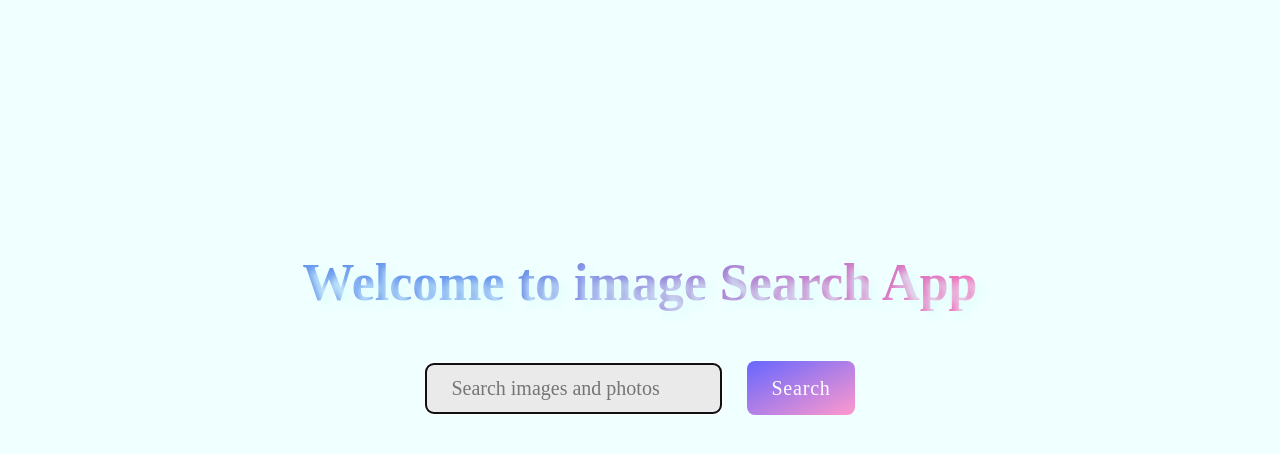
Repository: PoppyHanna/goit-neo-react-hw-module4
Page: /
The author's editor kept a copy of each file at every save. The page is drawn from the files as they stood at one save, then again after the next save.
The browser window is 1280 px wide. The pictures show the whole page.
The project was rebuilt for these pictures with package versions that can differ from the ones it lists, and the page was loaded fresh each time. Also part of the build but not shown: vite.config.js, src/components/card/ImageCard.module.css, src/components/card/ImageCard.jsx, src/components/modal/ImageModal.module.css, src/components/load/LoadMoreBtn.module.css, src/components/load/LoadMoreBtn.jsx.

Above is the page before, as saved 2026-06-21 15:53:48.

### index.html
<!doctype html>
<html lang="en">
  <head>
    <meta charset="UTF-8" />
    <link rel="icon" type="image/svg+xml" href="/favicon.svg" />
    <meta name="viewport" content="width=device-width, initial-scale=1.0" />
    <title>goit-neo-react-hw-module4</title>
  </head>
  <body>
    <div id="root"></div>
    <script type="module" src="/src/main.jsx"></script>
  </body>
</html>

### src/App.jsx


import { useState, useEffect } from 'react';
import axios from 'axios';
import SearchBar from './components/search/SearchBar';
import Loader from './components/loader/Loader';
import ImageCard from './components/card/ImageCard';
import ImageModal from './components/modal/ImageModal';
import LoadMoreBtn from './components/load/LoadMoreBtn';
import Modal from 'react-modal';
import './App.css';

Modal.setAppElement('#root');

const API_KEY = 'lBe-mUB60Xxla_EdiZjir6wfr6grDw0FERa4_66iNwI';

export default function App() {
  const [images, setImages] = useState([]);
  const [loading, setLoading] = useState(false); // Початкове значення false
  const [error, setError] = useState('');
  const [page, setPage] = useState(1);
  const [query, setQuery] = useState('');
  const [selectedImage, setSelectedImage] = useState(null);
  const [showBtn, setShowBtn] = useState(false); // Додали стан для відображення кнопки "Load more"

  useEffect(() => {
    if (!query) return; // Перевірка, чи є значення в query

    const fetchImages = async () => {
      setLoading(true); // Показуємо loader під час завантаження зображень
      try {
        const response = await axios.get(
          `https://api.unsplash.com/search/photos/?client_id=${API_KEY}&query=${query}&page=${page}`
        );
        const { results, total_pages } = response.data;
        setImages((prevImages) => [...prevImages, ...results]);
        setShowBtn(total_pages && total_pages !== page); // Перевірка для відображення кнопки "Load more"
        setLoading(false); // Після завершення завантаження ховаємо loader
      } catch {
        setError('Error fetching images. Please try again later.');
        setLoading(false); // При помилці також ховаємо loader
      }
    };

    fetchImages();
  }, [query, page]);

  const handleLoadMore = () => {
    setPage((prevPage) => prevPage + 1);
  };

  const handleSubmit = (query) => {
    setQuery(query);
    setPage(1); // Скидаємо сторінку до першої при новому пошуковому запиті
    setImages([]); // Очищаємо список зображень
    setLoading(true); // Показуємо loader після натискання на кнопку пошуку
  };

  const handleImageClick = (image) => {
    setSelectedImage(image);
  };

  const handleCloseModal = () => {
    setSelectedImage(null);
  };

  return (
    <>
      <h1 className='title'>Welcome to image Search App</h1>
      <SearchBar onSubmit={handleSubmit} />
      <ul className='list'>
        {images.map((image) => (
          <li key={image.id} onClick={() => handleImageClick(image)} className='pic'>
            <ImageCard imageUrl={image.urls.small} altText={image.alt_description} />
          </li>
        ))}
      </ul>
      {loading && <Loader />} {/* Показуємо loader під галереєю зображень під час завантаження */}
      {showBtn && <LoadMoreBtn onClick={handleLoadMore} />}
      <ImageModal isOpen={selectedImage !== null} image={selectedImage} onClose={handleCloseModal} />
      {error && <p className="error-message">{error}</p>} {/* Відображення текстового повідомлення помилки */}
    </>
  );
}

### src/components/search/SearchBar.jsx


import styles from './SearchBar.module.css'
import { useState } from 'react';
import { toast } from 'react-hot-toast';

const SearchBar = ({ onSubmit }) => {
    const [query, setQuery] = useState('');

    const handleSubmit = (e) => {
        e.preventDefault();
        if (query.trim() === '') {
            toast.error("Please enter text to search images!");
            return;
        }
        onSubmit(query);
        setQuery('');
    };



    return (
        <header className={styles.header}>
            <form onSubmit={handleSubmit} >
                <input
                    type="text"
                    autoComplete="off"
                    autoFocus
                    placeholder="Search images and photos"
                    value={query}
                    onChange={(e) => setQuery(e.target.value)}
                    className={styles.input}
                />
                <button type="submit" className={styles.button}>Search</button>
            </form>
        </header>
    );
};

export default SearchBar;

### src/components/modal/ImageModal.jsx
import Modal from 'react-modal';
import styles from './ImageModal.module.css'

const ImageModal = ({ isOpen, image, onClose }) => {
 const handleCloseModal = (e) => {
    if (e.target === e.currentTarget) {
      onClose();
    }
  };


  return (
    <Modal
      isOpen={isOpen}
      onRequestClose={onClose}
      contentLabel="Image Modal"
      ariaHideApp={false}
      className={styles.modal} // Додано клас для стилізації модального вікна
      overlayClassName={styles.overlay} // Додано клас для стилізації затемненого фону
      onClick={handleCloseModal} // Додано обробник для закриття модального вікна за межами
    >
      {image && (
        <>
          <div className={styles.cont}>
            <img src={image.urls.full} alt={image.alt_description} className={`${styles.cont} ${styles.imп} `} />

            <div className={styles.info}>
              <p className={styles.clause}><span className={styles.text}>Author:</span>  {image.user.name}</p>
              <p className={styles.clause}><span className={styles.text}>Likes:</span>  {image.likes}</p>
              <p className={styles.clause}><span className={styles.text}>Description:</span> {image.description || 'No description available'}</p>
            </div>
          </div>
          </>
      )}
    </Modal>
  );
};

export default ImageModal;

### src/App.css
#root {
  max-width: 1280px;
  margin: 0 auto;
  padding: 2rem;
  text-align: center;
}
body {
  font-family: "Brush Script MT", cursive;
  font-size: 20px;
  color: #4700b3;
  background-color: azure;
}
ul {
  list-style: none;
}
button {
  cursor: pointer;
}

.title {
  display: flex;
  padding: 15px;
  font-size: 52px;
  text-shadow: 6px 6px 8px #e0fffd;
  background-image: linear-gradient(120deg, #6495ed 30%, #ff69b4);
  -webkit-text-fill-color: transparent;
  -webkit-background-clip: text;
  background-clip: text;
  justify-content: center;
}

.list {
  display: flex;
  justify-content: center;
  gap: 24px;
  row-gap: 24px;
  padding: 0;
  flex-wrap: wrap;
  margin: 50px;
}

.pic {
  width: 360px;
  height: 220px;
}

### src/components/search/SearchBar.module.css
.header {
  display: flex;
  justify-content: center;
  align-items: center;

  margin: auto;
}

.input {
  margin-right: 25px;
  padding: 12px 24px;
  font-family: "Brush Script MT", cursive;
  font-size: 20px;
  background-color: rgb(234, 234, 234);
  color: black;
  border: 2px solid #000;
  border-radius: 8px;
}

.input:hover {
  border: 2px solid #306ad5;
}
.input:focus {
  border: 2px solid #306ad5;
}

.button {
  font-weight: 500;
  font-size: 20px;
  line-height: 1.5;
  letter-spacing: 0.04em;
  color: #fff;
  border-radius: 8px;
  padding: 12px 24px;

  background: linear-gradient(to bottom right, #6666ff 0%, #ff99cc 100%);
  border: none;
}
.button:hover,
.button:focus {
  background: linear-gradient(to top left, #6666ff 0%, #ff00ff 100%);
}

### src/components/loader/Loader.jsx
import { Hourglass } from "react-loader-spinner";

const Loader = () => {
  return (
    <div className="loader-container">
     <Hourglass
  visible={true}
  height="80"
  width="80"
  ariaLabel="hourglass-loading"
  wrapperStyle={{}}
  wrapperClass=""
  colors={['#306cce', '#72a1ed']}
  />
    </div>
  );
};

export default Loader;

Loaded but not shown: src/main.jsx (common file); src/index.css (common file)

After the next save:
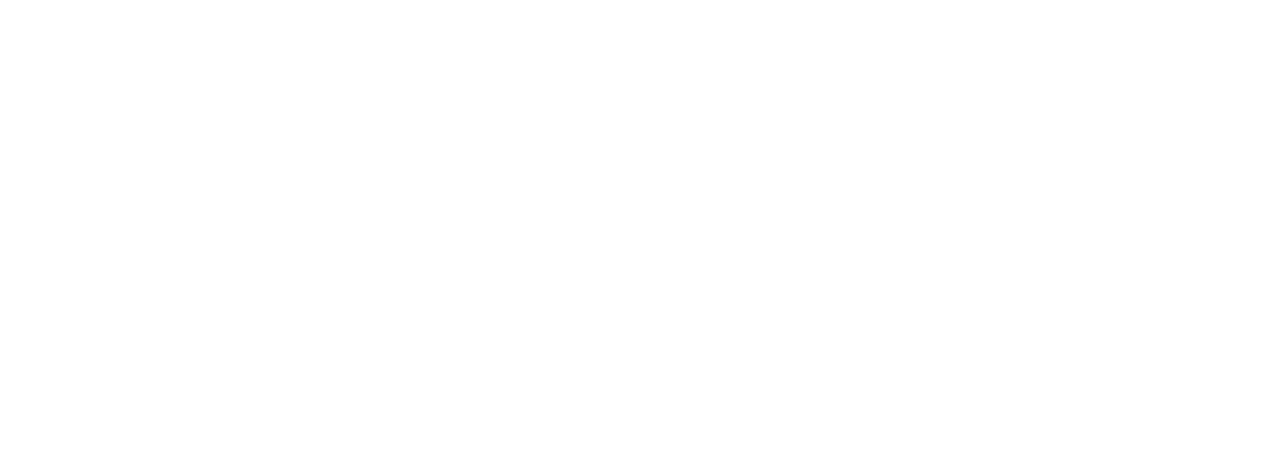
Console error: ReferenceError: PacmanLoader is not defined
Saved 5 min 18 s later.
--- a/src/components/loader/Loader.jsx
+++ b/src/components/loader/Loader.jsx
@@ -17,3 +17,5 @@
 };
 
 export default Loader;
+
+<PacmanLoader />

After the save that followed:
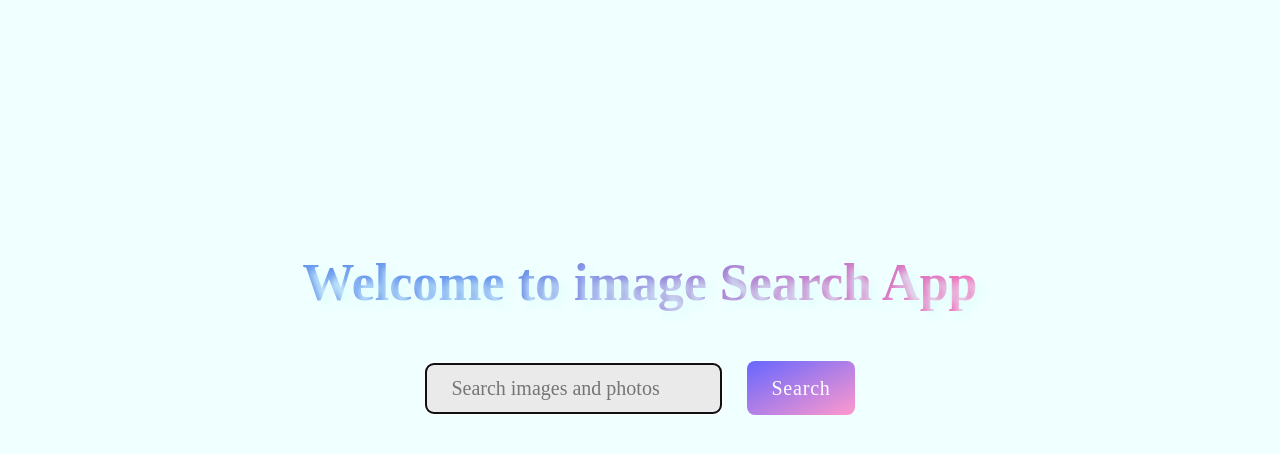
The error is gone.
Saved 87 s later.
--- a/src/components/loader/Loader.jsx
+++ b/src/components/loader/Loader.jsx
@@ -1,9 +1,9 @@
-import { Hourglass } from "react-loader-spinner";
+import { PacmanLoader } from "react-spinners";
 
 const Loader = () => {
   return (
     <div className="loader-container">
-     <Hourglass
+     <PacmanLoader
   visible={true}
   height="80"
   width="80"
@@ -18,4 +18,4 @@
 
 export default Loader;
 
-<PacmanLoader />
+{/* <PacmanLoader /> */}
